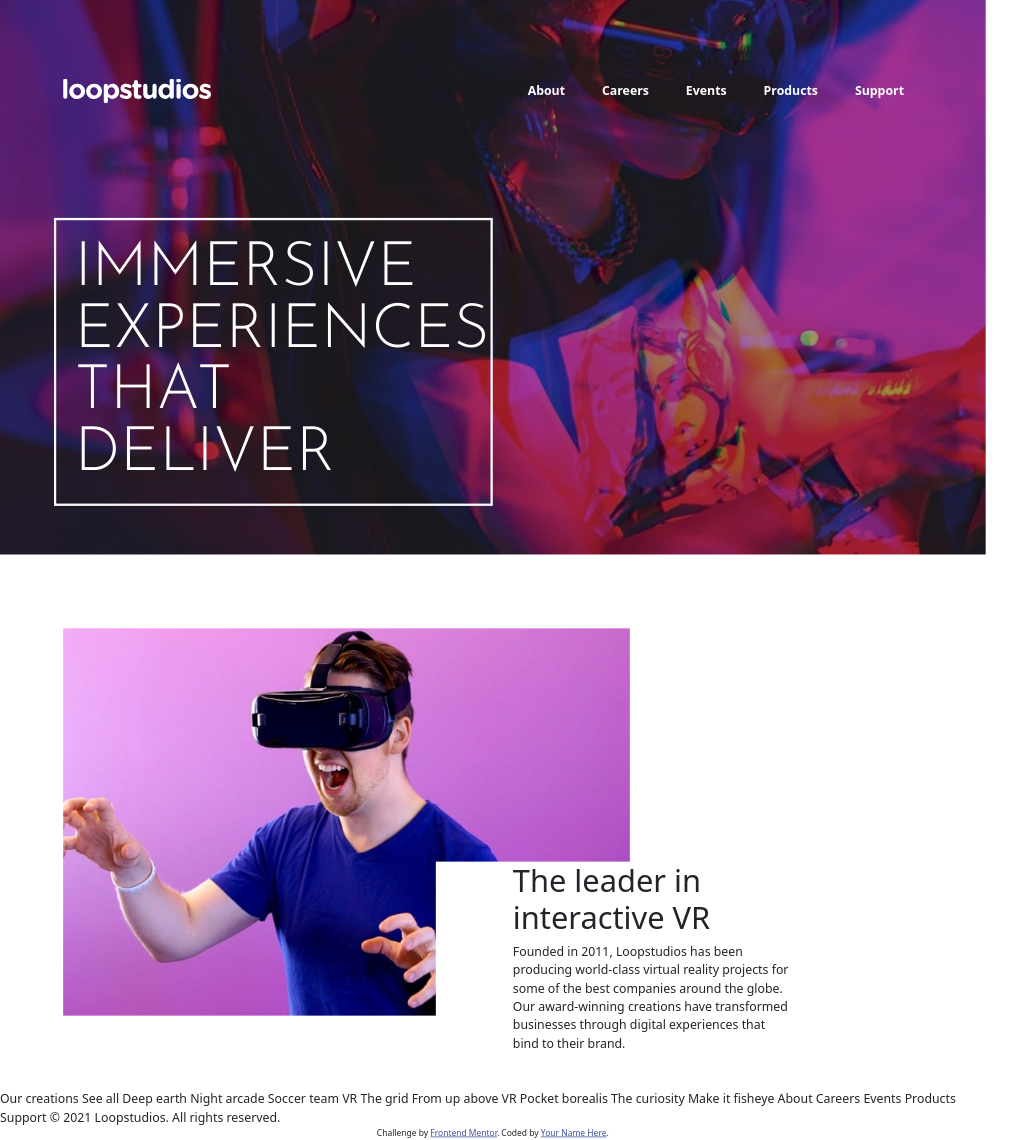
Repository: badhon252/revision
Page: loopstudios-landing-page-main/index.html
An editor plug-in stored every save of this project. The page is shown before and after the next save, followed by the edit.
The browser window is 1280 px wide. The page is 1280 px wide, then 1338 px, so the pictures cover 1338 px, including what lies to the right of the window. The pictures show the whole page, at 77% of full size.
Some web libraries are served in a nearby version. The style sheet was rebuilt from its Sass, Less or Tailwind sources for each picture, by a compiler version that may differ from the author's.

Above is the page before, as saved 2022-04-17 15:11:48.

### loopstudios-landing-page-main/index.html
<!DOCTYPE html>
<html lang="en">

<head>
  <meta charset="UTF-8">
  <meta name="viewport" content="width=device-width, initial-scale=1.0">
  <!-- displays site properly based on user's device -->

  <link rel="icon" type="image/png" sizes="32x32" href="./images/favicon-32x32.png">

  <!-- bs-5  -->
  <link href="https://cdn.jsdelivr.net/npm/bootstrap@5.0.2/dist/css/bootstrap.min.css" rel="stylesheet"
    integrity="sha384-EVSTQN3/azprG1Anm3QDgpJLIm9Nao0Yz1ztcQTwFspd3yD65VohhpuuCOmLASjC" crossorigin="anonymous">
  <!-- fontawesome -->
  <script src="https://kit.fontawesome.com/149857f189.js" crossorigin="anonymous"></script>

  <title>Frontend Mentor | Loopstudios landing page</title>

  <!-- Feel free to remove these styles or customise in your own stylesheet 👍 -->
  <link rel="stylesheet" href="scss/style.css">
</head>

<body>
  <header>
    <div class="header py-5">
      <nav class="navbar navbar-expand-lg navbar-dark py-5">
        <div class="container">
          <a class="navbar-brand" href="#">
            <img src="./images/logo.svg" alt="">
          </a>
          <button class="navbar-toggler" type="button" data-bs-toggle="collapse"
            data-bs-target="#navbarSupportedContent" aria-controls="navbarSupportedContent" aria-expanded="false"
            aria-label="Toggle navigation">
            <span class="navbar-toggler-icon"></span>
          </button>
          <div class="collapse navbar-collapse" id="navbarSupportedContent">
            <ul class="navbar-nav ms-auto mb-2 mb-lg-0">
              <li class="nav-item  mx-3">
                <a class="nav-link " aria-current="page" href="#">About</a>
              </li>
              <li class="nav-item  mx-3">
                <a class="nav-link" href="#">Careers</a>
              </li>

              <li class="nav-item  mx-3">
                <a class="nav-link " href="#">Events</a>
              </li>
              <li class="nav-item  mx-3">
                <a class="nav-link" href="#">Products</a>
              </li>
              <li class="nav-item  mx-3">
                <a class="nav-link" href="#">Support</a>
              </li>
            </ul>

          </div>
        </div>
      </nav>

      <div class="header-content container py-5 my-5">
        <div class="row">
          <div class="col-md-6 border border-light border-3 p-4">Immersive experiences that deliver</div>
          <div class="col-md-6"></div>
        </div>
      </div>
    </div>

  </header>



  <section class="container">
    <div class="vr-sec my-5 py-5">
      <div class="row ">
        <div class="col-md-8">
          <div class="image">
            <img class="w-100" src="./images/desktop/image-interactive.jpg" alt="">
            <div class="vr-card">
              <h1>
                The leader in interactive VR

              </h1>
              <p>
                Founded in 2011, Loopstudios has been producing world-class virtual reality
                projects for some of the best companies around the globe. Our award-winning
                creations have transformed businesses through digital experiences that bind
                to their brand.
              </p>
            </div>
          </div>

        </div>
        <div class="col-md-4 ">

        </div>
      </div>



    </div>
  </section>







  Our creations

  See all

  Deep earth
  Night arcade
  Soccer team VR
  The grid
  From up above VR
  Pocket borealis
  The curiosity
  Make it fisheye

  About
  Careers
  Events
  Products
  Support

  © 2021 Loopstudios. All rights reserved.

  <div class="attribution">
    Challenge by <a href="https://www.frontendmentor.io?ref=challenge" target="_blank">Frontend Mentor</a>.
    Coded by <a href="#">Your Name Here</a>.
  </div>

  <!-- bs-5 js  -->
  <script src="https://cdn.jsdelivr.net/npm/bootstrap@5.0.2/dist/js/bootstrap.bundle.min.js"
    integrity="sha384-MrcW6ZMFYlzcLA8Nl+NtUVF0sA7MsXsP1UyJoMp4YLEuNSfAP+JcXn/tWtIaxVXM"
    crossorigin="anonymous"></script>
</body>

</html>

### loopstudios-landing-page-main/scss/style.scss
@import url("https://fonts.googleapis.com/css2?family=Alata&display=swap");

@import url("https://fonts.googleapis.com/css2?family=Josefin+Sans:wght@300&display=swap");

header {
  background-image: url(../images/desktop/image-hero.jpg);
  background-size: cover;

  .header {
    background-color: rgba(0, 0, 0, 0.377);
    height: 100vh;
    position: relative;
    .nav-link {
      color: #fff;
      font-weight: 700;
    }
  }
  .navbar-dark .navbar-nav .nav-link {
    color: rgb(255, 255, 255);
  }
  .header-content {
    font-size: 5em;
    font-weight: 300;
    color: #fff;
    font-family: "Josefin Sans", sans-serif;
    // font-family: "Alata", sans-serif;
    text-transform: uppercase;
    overflow: hidden;
    line-height: 1;
  }

  //   .navbar-toggler {
  //     position: absolute;
  //     z-index: 111;
  //     fill: #fff;
  //     color: #fff;
  //   }
}
// vr section =============
.vr-sec {
  position: relative;
  .vr-card {
    // border: 1px solid black;
    width: 50%;
    margin: 50px;
    padding: 0 100px;
    background-color: #fff;
    position: absolute;
    margin-left: 484px;
    margin-top: -200px;
  }
}
// Footer
.attribution {
  font-size: 11px;
  text-align: center;
}

.attribution a {
  color: hsl(228, 45%, 44%);
}

After the next save:
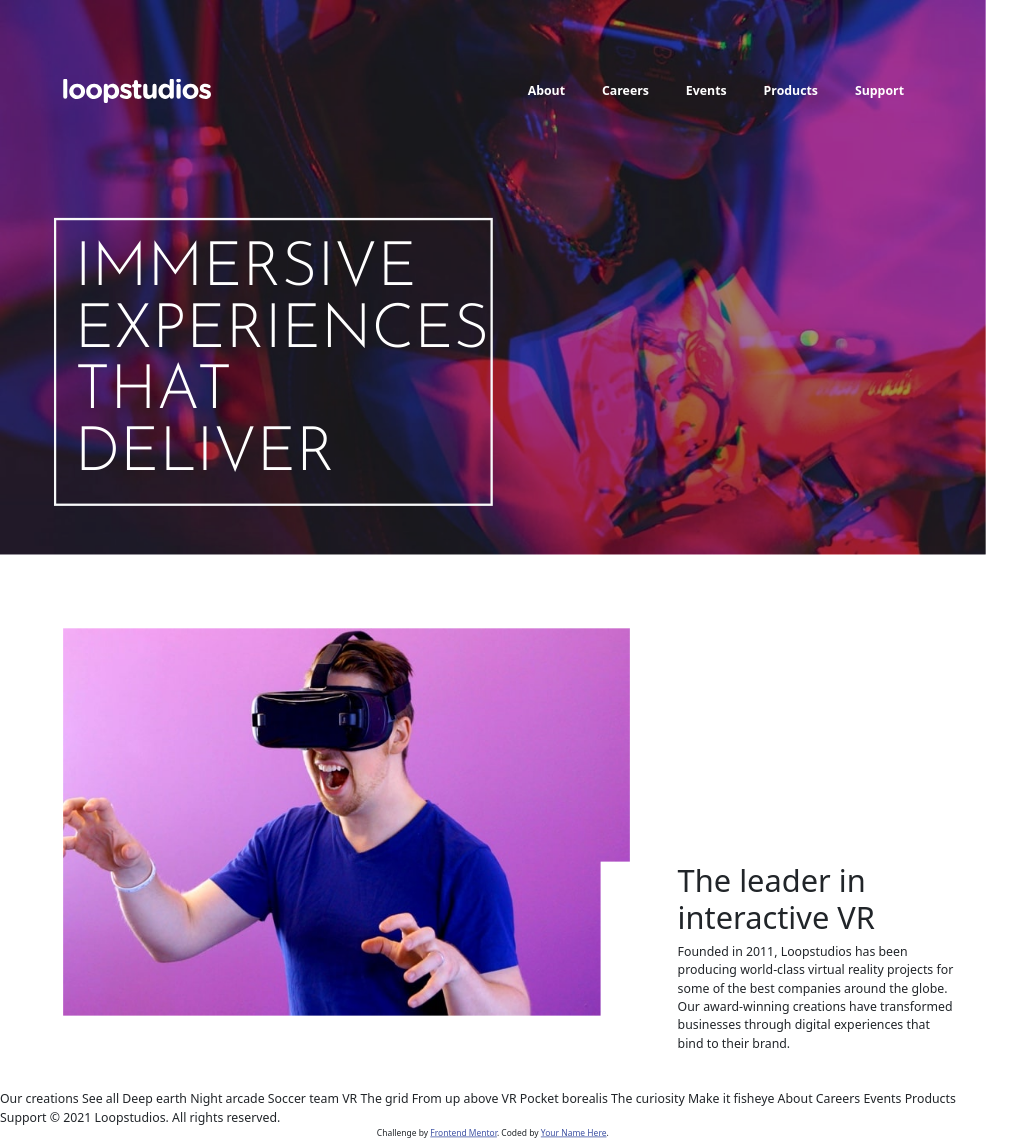
Saved 114 s later.
--- a/loopstudios-landing-page-main/scss/style.scss
+++ b/loopstudios-landing-page-main/scss/style.scss
@@ -46,7 +46,7 @@ header {
     padding: 0 100px;
     background-color: #fff;
     position: absolute;
-    margin-left: 484px;
+    margin-left: 698px;
     margin-top: -200px;
   }
 }
